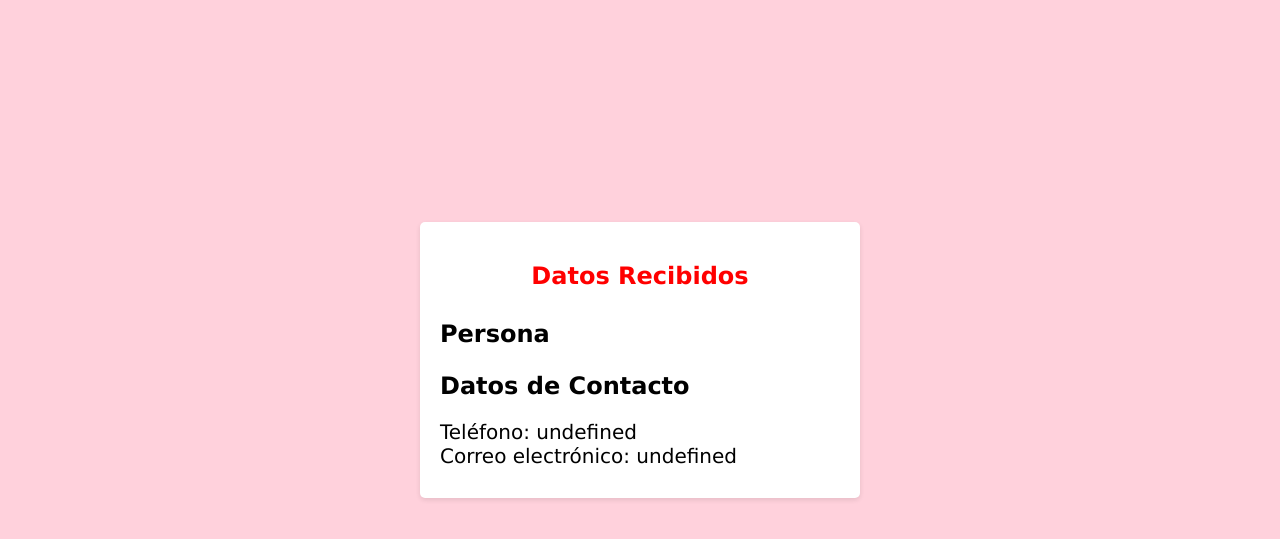
Repository: UVMCoyoacan/InnovaWeb
Page: recibedatosCV.html
The author's editor kept a copy of each file at every save. The page is drawn from the files as they stood at one save, then again after the next save.
The browser window is 1280 px wide. The pictures show the whole page.

Above is the page before, as saved 2024-03-01 12:07:39.

### recibedatosCV.html
<!DOCTYPE html>
<html>
<head>
    <title>Recibe Datos</title>
    <style>
        body {
            font-family:'Lucida Sans', 'Lucida Sans Regular', 'Lucida Grande', 'Lucida Sans Unicode', Geneva, Verdana, sans-serif ;
            background-color: #ffd1dc;
            margin: 0;
            padding: 0;
            display: flex;
            justify-content: center;
            align-items: center;
            height: 100vh;
        }
        .container {
            width: 400px;
            padding: 20px;
            background-color: #fff;
            border-radius: 5px;
            box-shadow: 0 2px 5px rgba(0, 0, 0, 0.1);
        }
        h2 {
            margin-bottom: 30px;
            text-align: center;
            color: red;
        }
        h3 {
            font-size: 1.5em;
            color:black;
            margin-bottom: 10px;
        }
        p {
            margin-bottom: 10px;
        }
        .dato {
            font-style:inherit;
            color: black;
            font-size: 20px;
        }
    </style>
</head>
<body>
    <div class="container">
        <h2>Datos Recibidos</h2>

        <h3>Persona</h3>
        <p class="dato" id="Persona"></p>

        <h3>Datos de Contacto</h3>
        <p class="dato" id="Detalles"></p>
    </div>

    <script>
        function getUrlVars() {
            var vars = {};
            var parts = window.location.href.replace(/[?&]+([^=&]+)=([^&]*)/gi, function (m, key, value) {
                vars[key] = decodeURIComponent(value.replace(/\+/g, ' '));
            });
            return vars;
        }

        var params = getUrlVars();
        var nombre = params["nombre"];
        var telefono = params["telefono"];
        var correo = params["email"];

        var nomper = document.getElementById("Persona");
        var datPers = document.getElementById("Detalles");
        nomper.textContent = nombre;
        datPers.innerHTML = "Teléfono: " + telefono + "<br>Correo electrónico: " + correo;
    </script>
</body>
</html>

After the next save:
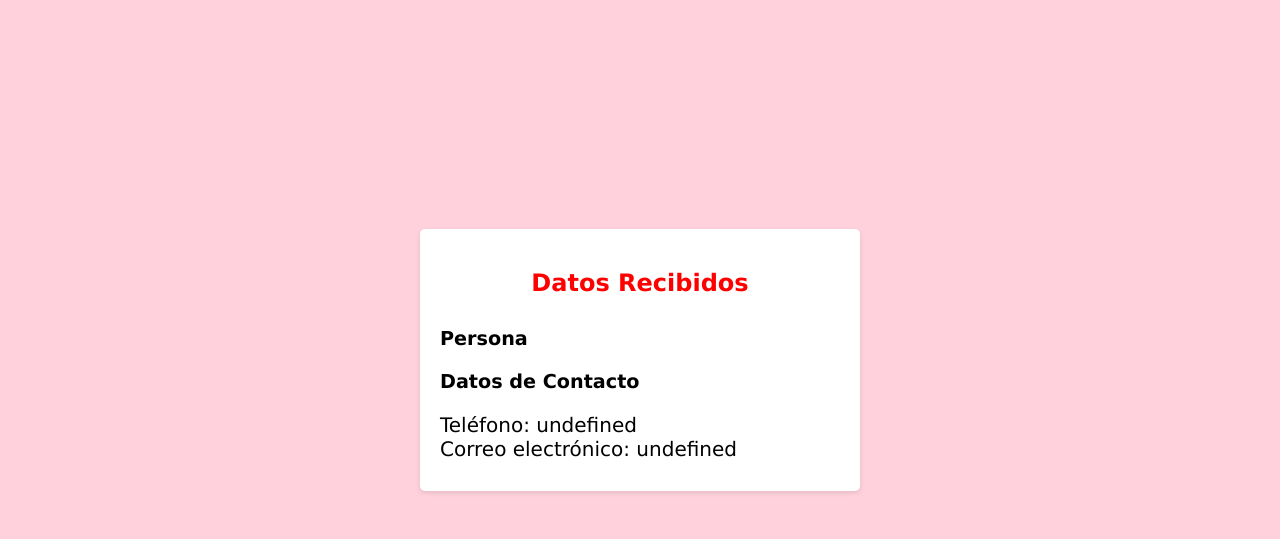
Saved 97 s later.
--- a/recibedatosCV.html
+++ b/recibedatosCV.html
@@ -26,7 +26,7 @@
             color: red;
         }
         h3 {
-            font-size: 1.5em;
+            font-size: 1.2em;
             color:black;
             margin-bottom: 10px;
         }
